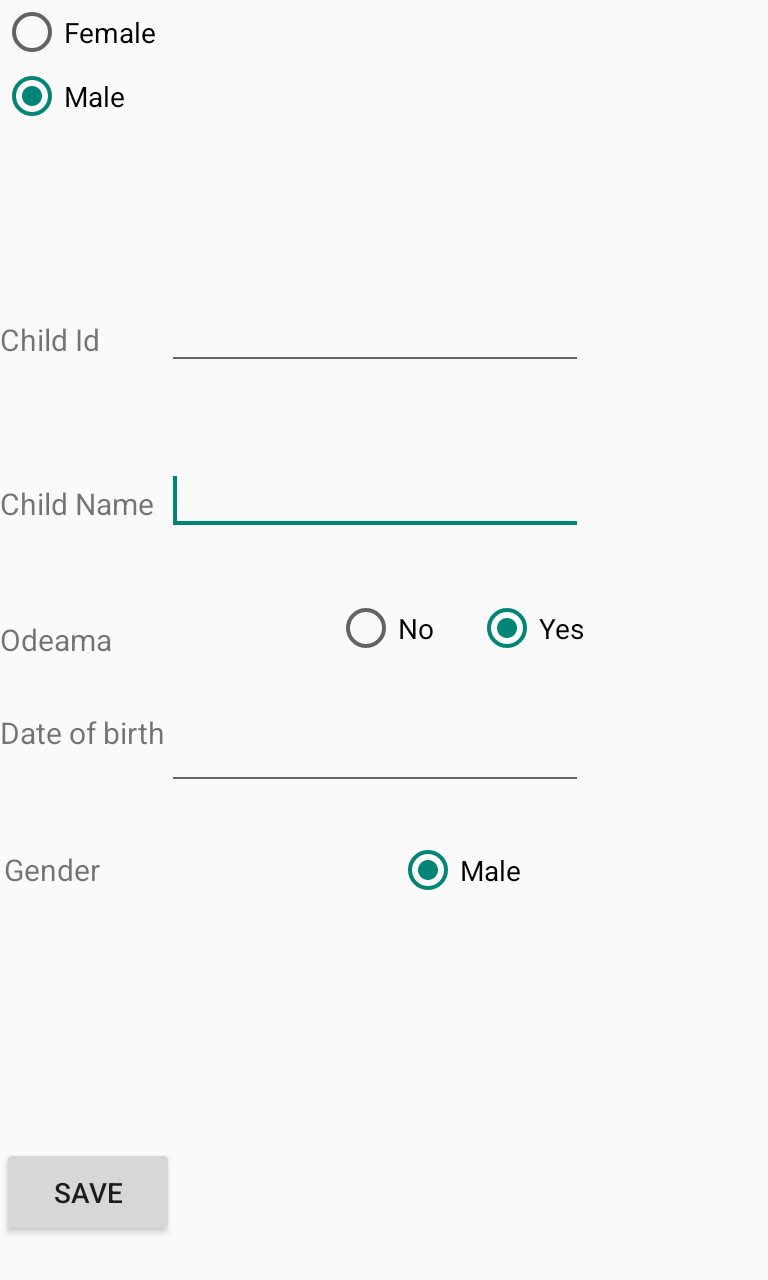
Repository: Team-7/hopeworldwide
Layout: workspace/HopeWWdatabase/res/layout/activity_main.xml
These files come from the project's save history. The layout is drawn as it stood at one moment and after the next save; the edit follows.
It is drawn on a 768 x 1280 px phone screen (xhdpi) without system bars, with theme AppTheme; the app's code is not run.

Above is the layout before, as saved 2014-04-10 10:00:33.

After the next save:
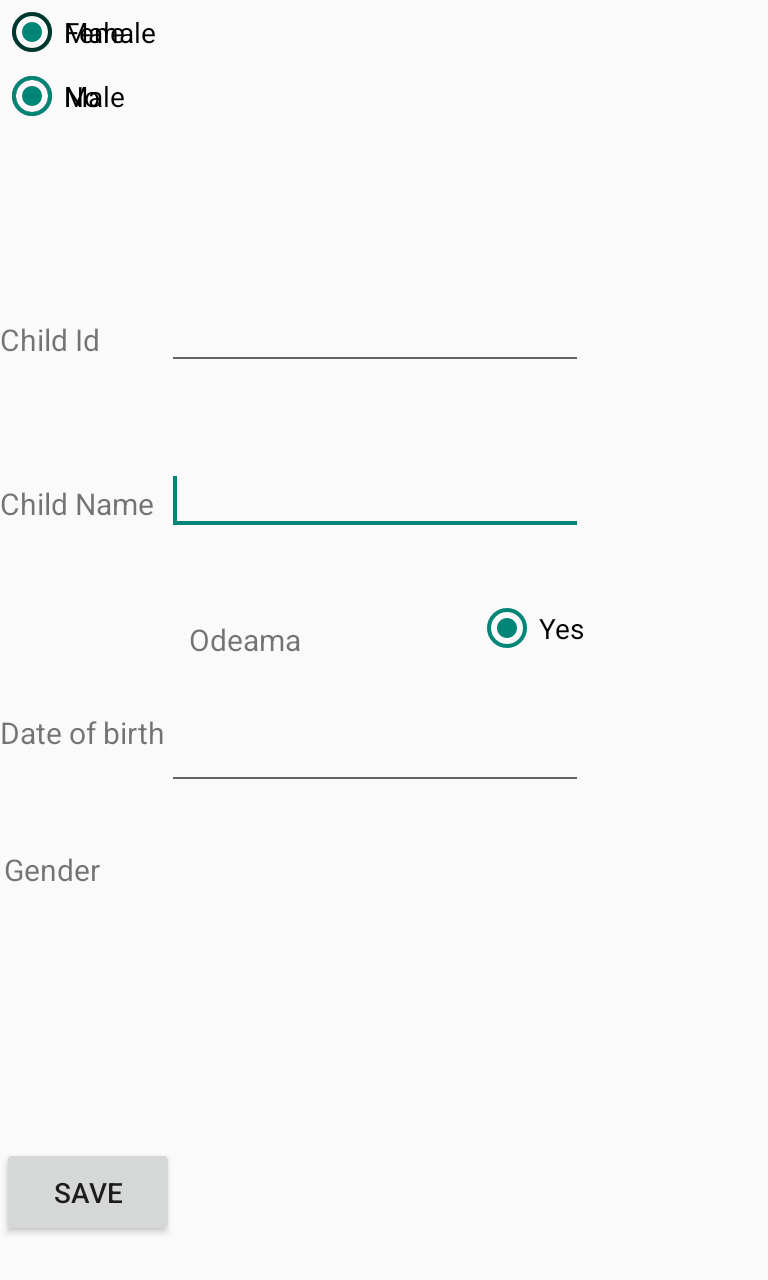
Saved 46 s later.
--- a/workspace/HopeWWdatabase/res/layout/activity_main.xml
+++ b/workspace/HopeWWdatabase/res/layout/activity_main.xml
@@ -24,6 +24,25 @@
             android:id="@+id/radioOdeama"
             android:layout_width="wrap_content"
             android:layout_height="wrap_content" >
+
+            <RadioButton
+            android:id="@+id/genderMale"
+            android:layout_width="wrap_content"
+            android:layout_height="wrap_content"
+            android:layout_alignBaseline="@+id/textView5"
+            android:layout_alignBottom="@+id/textView5"
+            android:layout_alignRight="@+id/editText3"
+            android:layout_marginRight="32dp"
+            android:checked="true"
+            android:text="Male" />
+
+        <RadioButton
+            android:id="@+id/odeamNo"
+            android:layout_width="wrap_content"
+            android:layout_height="wrap_content"
+            android:layout_above="@+id/textView4"
+            android:layout_centerHorizontal="true"
+            android:text="No" />
         </RadioGroup>
 
         <EditText
@@ -105,24 +124,7 @@
             android:checked="true"
             android:text="Yes" />
 
-        <RadioButton
-            android:id="@+id/genderMale"
-            android:layout_width="wrap_content"
-            android:layout_height="wrap_content"
-            android:layout_alignBaseline="@+id/textView5"
-            android:layout_alignBottom="@+id/textView5"
-            android:layout_alignRight="@+id/editText3"
-            android:layout_marginRight="32dp"
-            android:checked="true"
-            android:text="Male" />
 
-        <RadioButton
-            android:id="@+id/odeamNo"
-            android:layout_width="wrap_content"
-            android:layout_height="wrap_content"
-            android:layout_above="@+id/textView4"
-            android:layout_centerHorizontal="true"
-            android:text="No" />
 
         <TextView
             android:id="@+id/textView3"
